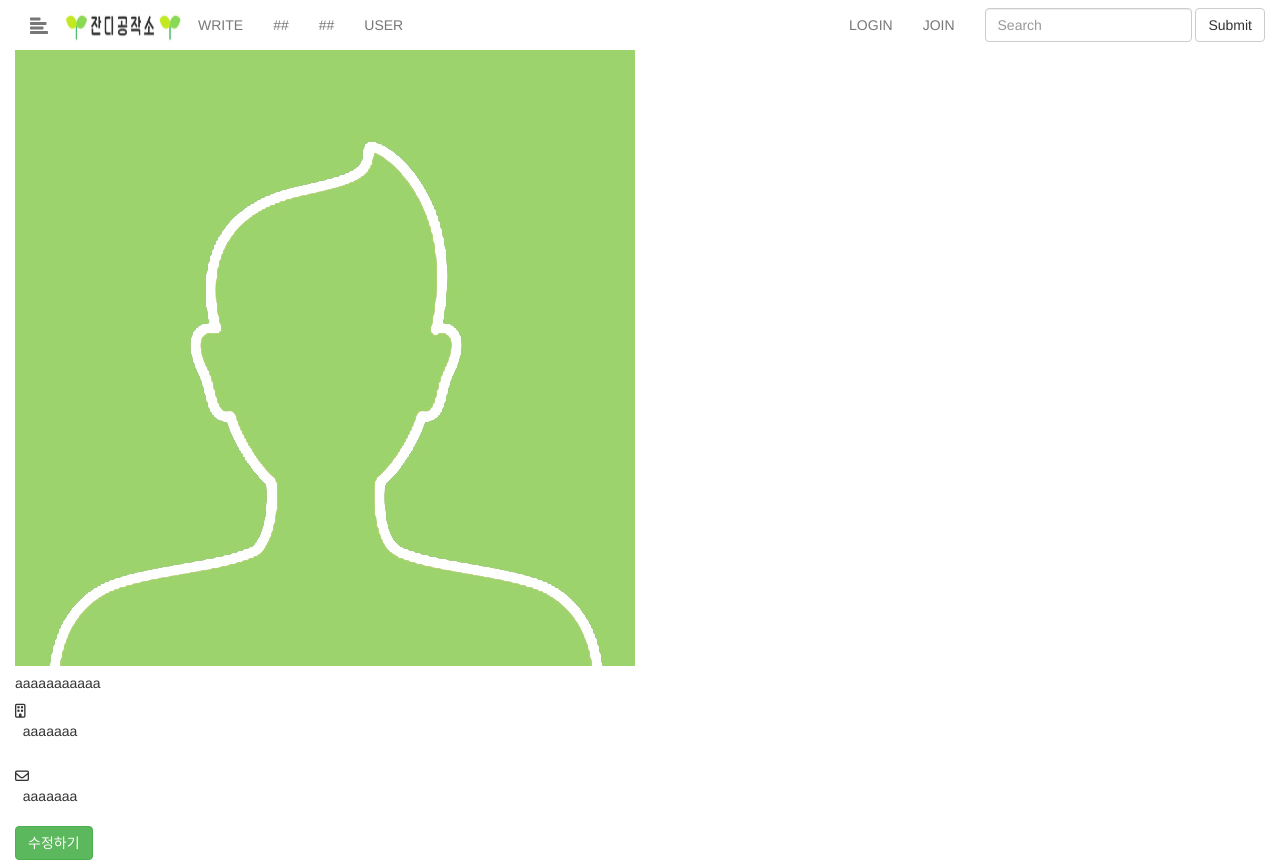
Repository: guddus326/Grass_Farm
Page: http://localhost/Grass_Farm/User.jsp
An editor plug-in stored every save of this project. The page is shown before and after the next save, followed by the edit.
The browser window is 1280 px wide. The pictures show the whole page.
Some web libraries are served in a nearby version. The page is served by Tomcat 9.

Above is the page before, as saved 2020-11-08 18:36:10.

After the next save:
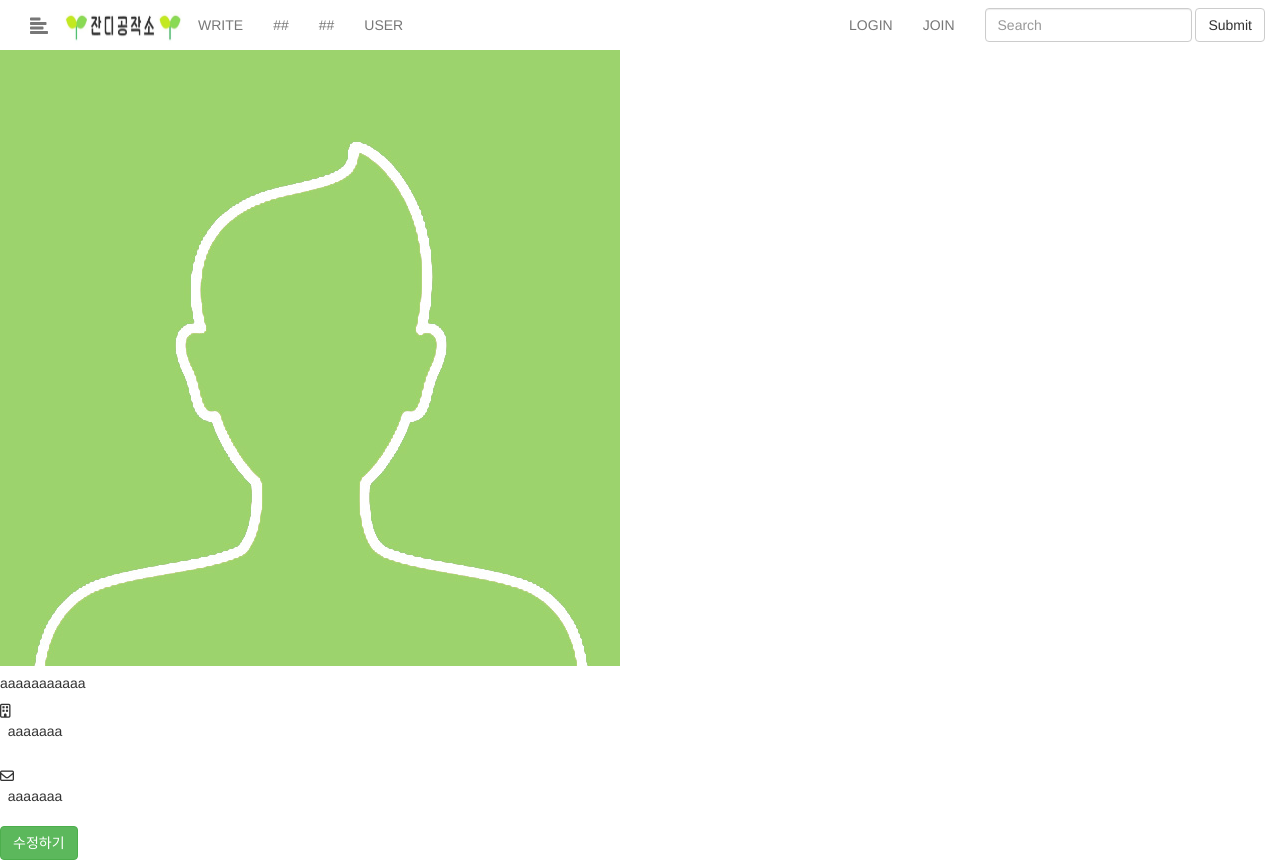
Saved 62 s later.
--- a/Grass_Farm/Grass_Farm/WebContent/User.jsp
+++ b/Grass_Farm/Grass_Farm/WebContent/User.jsp
@@ -105,7 +105,7 @@
         </div><!-- /.container-fluid -->
     </nav>
 
-        			<div class="col-md-3">
+
         				<div class="card">
   							<img src="./img/grass.png" id="img_click" style="cursor:pointer;" class="card-img-top" alt="Profile">
   							<div class="card-body">
@@ -123,7 +123,6 @@
 								<a href="Change.jsp" class="btn btn-success">수정하기</a>
   							</div>
   						</div>
-  					</div>
 
   							<!-- Modal -->
   							<div class="modal" id="myModal" tabindex="-1">

After the save that followed:
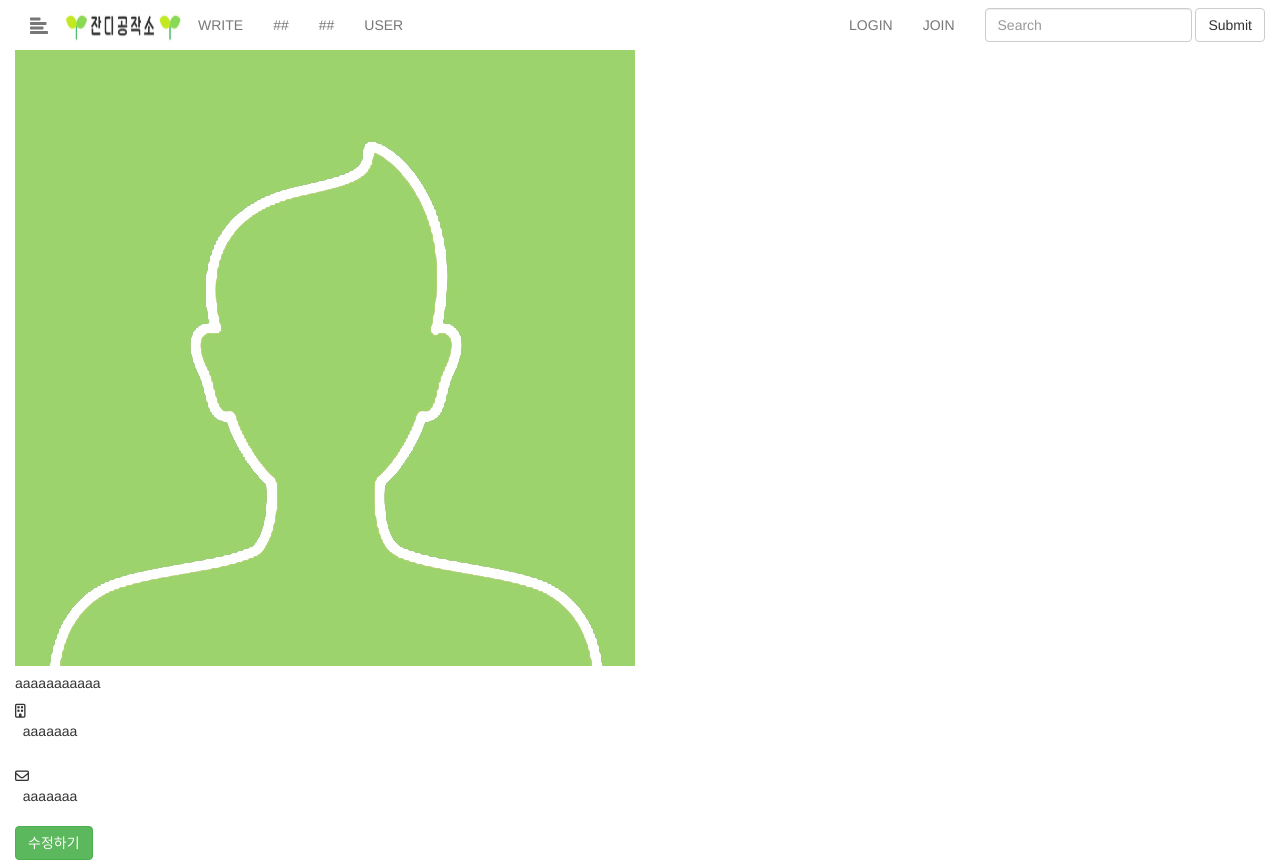
Saved 16 s later.
--- a/Grass_Farm/Grass_Farm/WebContent/User.jsp
+++ b/Grass_Farm/Grass_Farm/WebContent/User.jsp
@@ -105,8 +105,8 @@
         </div><!-- /.container-fluid -->
     </nav>
 
+        			<div class="col-md-3">
 
-        				<div class="card">
   							<img src="./img/grass.png" id="img_click" style="cursor:pointer;" class="card-img-top" alt="Profile">
   							<div class="card-body">
     							<h5 class="card-title">aaaaaaaaaaa</h5>
@@ -122,7 +122,8 @@
 								</ul>
 								<a href="Change.jsp" class="btn btn-success">수정하기</a>
   							</div>
-  						</div>
+
+  					</div>
 
   							<!-- Modal -->
   							<div class="modal" id="myModal" tabindex="-1">
